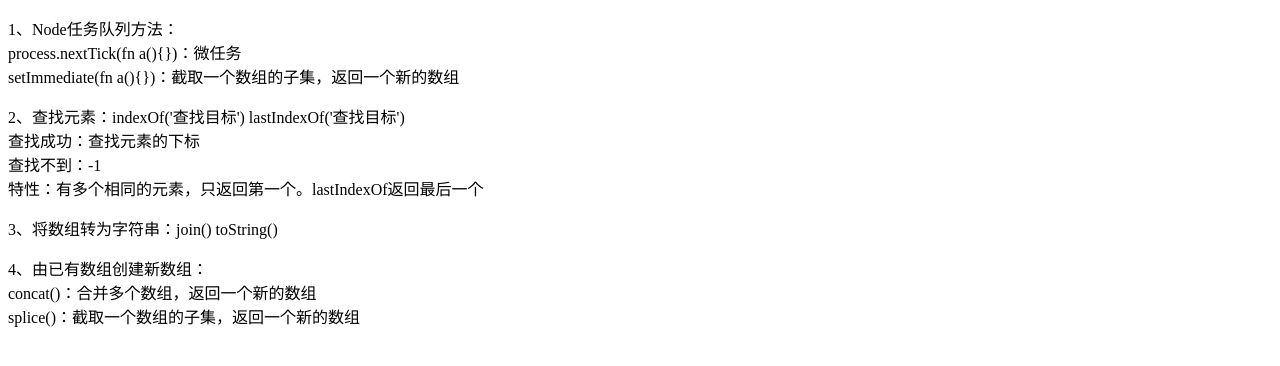
Repository: 15878162243/nodejsNote
Page: node方法.html
These files come from the project's save history. The page is drawn as it stood at one moment and after the next save; the edit follows.
The browser window is 1280 px wide. The pictures show the whole page.

Above is the page before, as saved 2022-09-25 15:40:20.

After the next save:
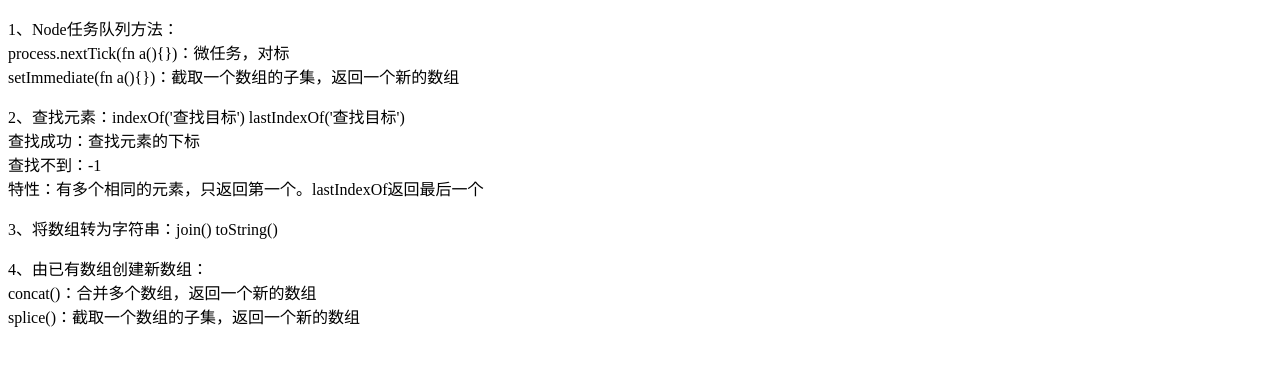
Saved 2 min 23 s later.
--- a/node方法.html
+++ b/node方法.html
@@ -7,7 +7,7 @@
 	<body>
 
 		<p>1、Node任务队列方法：<br />
-			process.nextTick(fn a(){})：微任务<br />
+			process.nextTick(fn a(){})：微任务，对标<br />
 			setImmediate(fn a(){})：截取一个数组的子集，返回一个新的数组<br />
 		</p>
 		<script>
